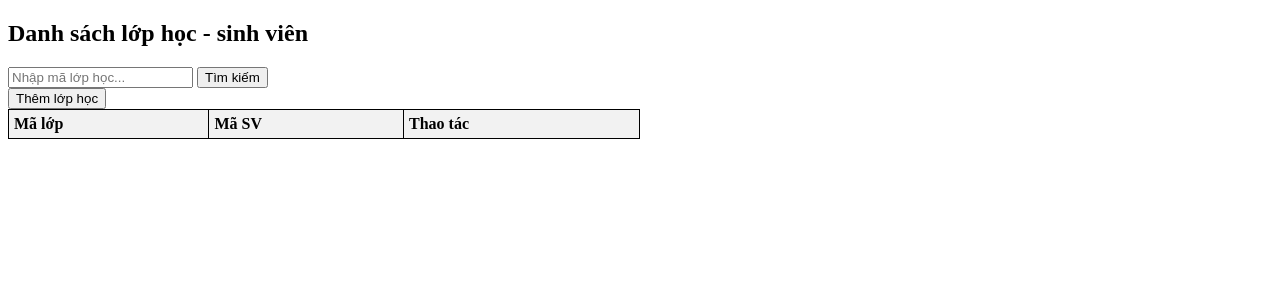
Repository: thuynvm1610/JavaWeb_Nhom06_SICT-portal_Backup
Page: http://localhost/SICT-portal/view/admin/student_classroomList.jsp
An editor plug-in stored every save of this project. The page is shown before and after the next save, followed by the edit.
The browser window is 1280 px wide. The pictures show the whole page.
The page is served by Tomcat 9. The template is opened directly, without the code that normally fills it, so the values that code supplies are empty.

Above is the page before, as saved 2025-05-06 10:03:31.

After the next save:
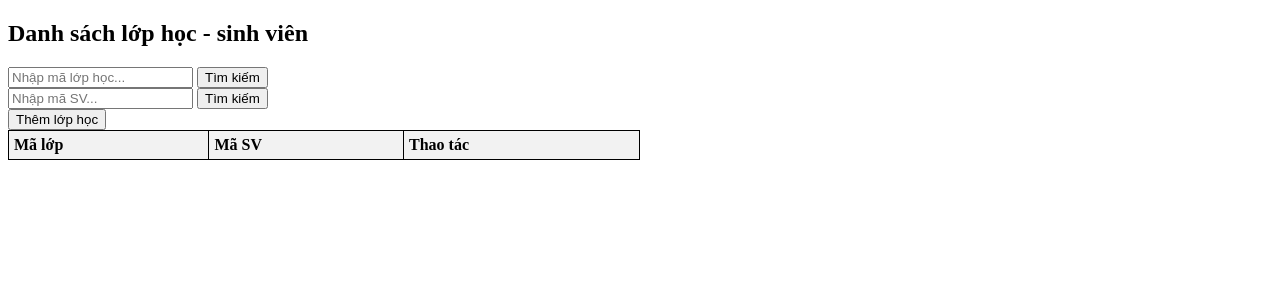
Saved 14 s later.
--- a/SICT-portal/src/main/webapp/view/admin/student_classroomList.jsp
+++ b/SICT-portal/src/main/webapp/view/admin/student_classroomList.jsp
@@ -28,10 +28,16 @@
 		<c:if test="${not empty message}">
 			<div style="color: red;">${message}</div>
 		</c:if>
-		<!-- Form tìm kiếm danh sách sinh viên theo mã lớp-->
+		<!-- Tìm kiếm danh sách sinh viên theo mã lớp-->
 		<form method="get" action="admin">
 			<input type="hidden" name="action" value="searchStudentListByClassroomID" />
 			<input type="text" name="classroomID" placeholder="Nhập mã lớp học..." />
+			<button type="submit">Tìm kiếm</button>
+		</form>
+		<!-- Tìm kiếm danh sách lớp theo mã sinh viên-->
+		<form method="get" action="admin">
+			<input type="hidden" name="action" value="searchClassroomListByStudentID" />
+			<input type="text" name="studentID" placeholder="Nhập mã SV..." />
 			<button type="submit">Tìm kiếm</button>
 		</form>
 		<!-- Nút thêm mới -->
